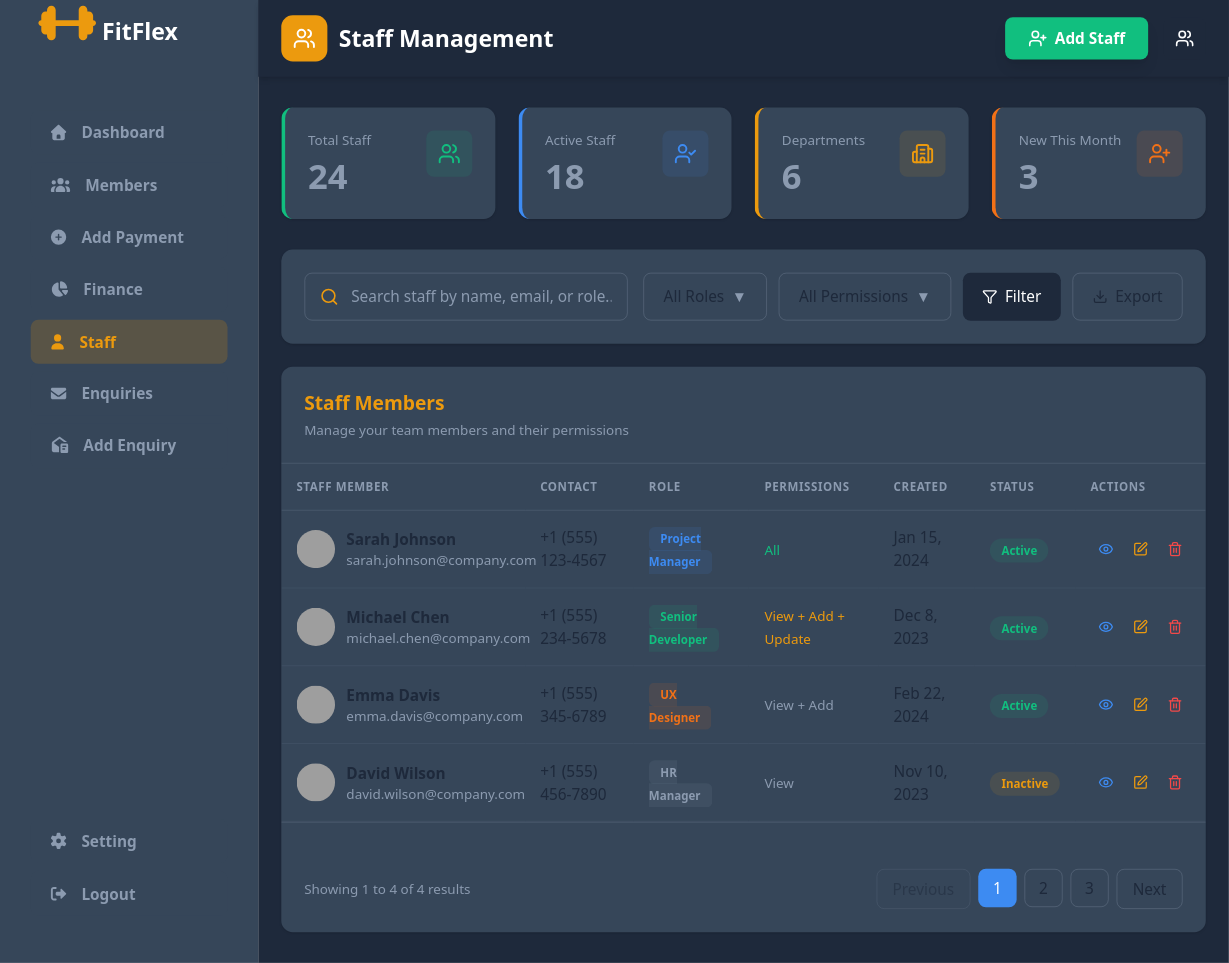
Repository: MuhammadTalhaTaj/gym_management_app_backend
Page: /staff (app in frontend/)
These files come from the project's save history. The page is drawn as it stood at one moment and after a run of saves; the edit follows.
The browser window is 1280 px wide. The pictures show the whole page, at 96% of full size.
Pictures or frames that could not be fetched are drawn as grey boxes. The project was rebuilt for these pictures with package versions that can differ from the ones it lists, and the page was loaded fresh each time. Also part of the build but not shown: frontend/vite.config.ts, frontend/src/assets/styles/AdminHeader.css, frontend/src/Components/AdminHeader.tsx, frontend/src/assets/styles/AdminDashboard.css, frontend/src/hooks/useDashboardData.ts, frontend/src/assets/styles/AdminDashboardStats.css, frontend/src/Components/AdminDashboardStats.tsx, frontend/src/Components/IncomeExpenseChart.tsx and 30 more.

Above is the page before, as saved 2025-11-21 10:01:45.

After the next 3 saves:
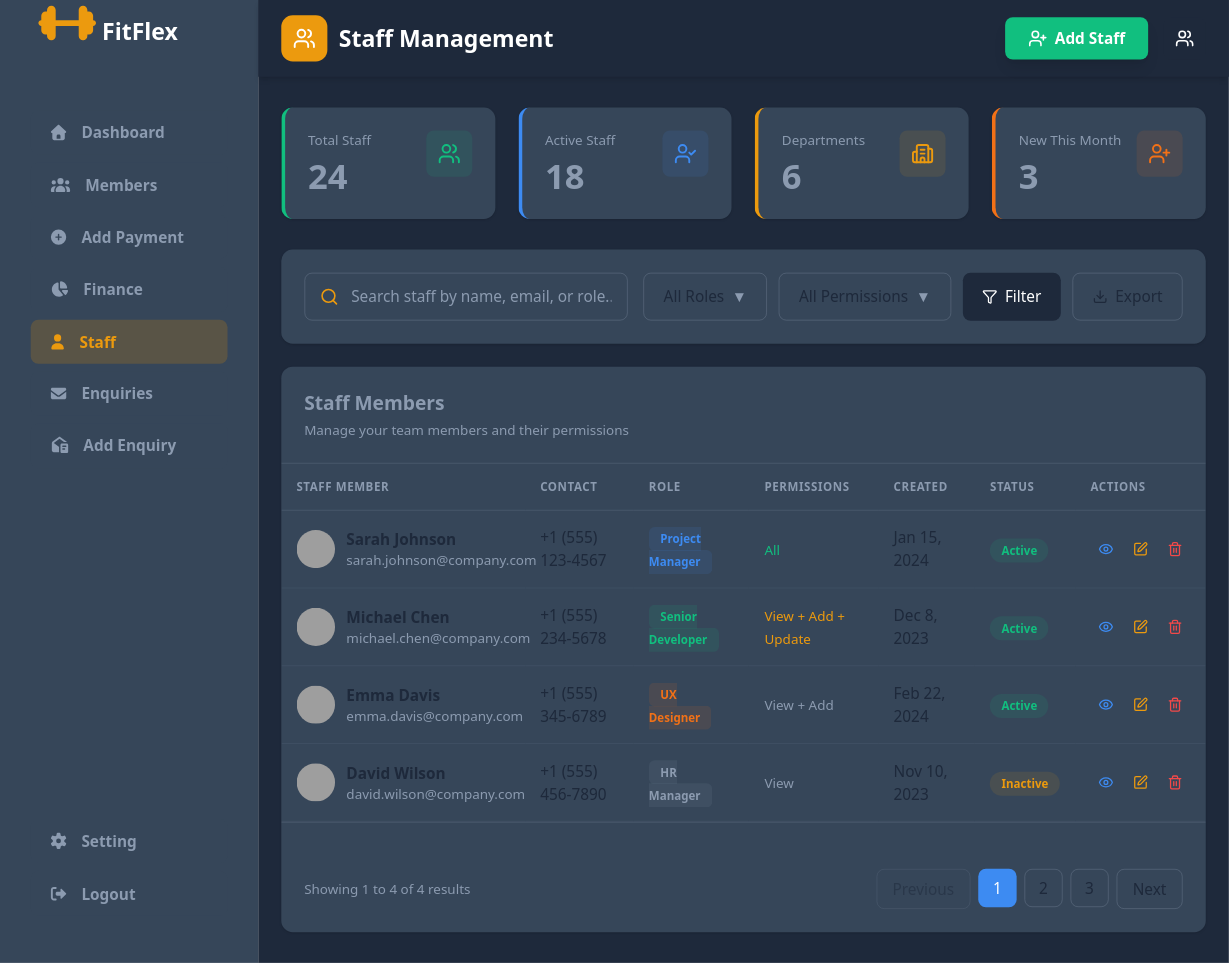
The 3 saves are shown as one change because they came seconds apart.
The last was saved 9 s later.
--- a/frontend/src/pages/Admin/Staff.tsx
+++ b/frontend/src/pages/Admin/Staff.tsx
@@ -321,7 +321,7 @@ const Staff = () => {
         {/* Staff Table */}
         <div className="bg-[var(--primary-100)] rounded-xl shadow-sm overflow-hidden">
           <div className="p-6 border-b border-[#8C9BB0]/20">
-            <h2 className="text-xl font-bold text-[var(--secondary-100)]">Staff Members</h2>
+            <h2 className="text-xl font-bold text-[var(--primary-300)]">Staff Members</h2>
             <p className="text-[#8C9BB0] text-sm mt-1">Manage your team members and their permissions</p>
           </div>
 
